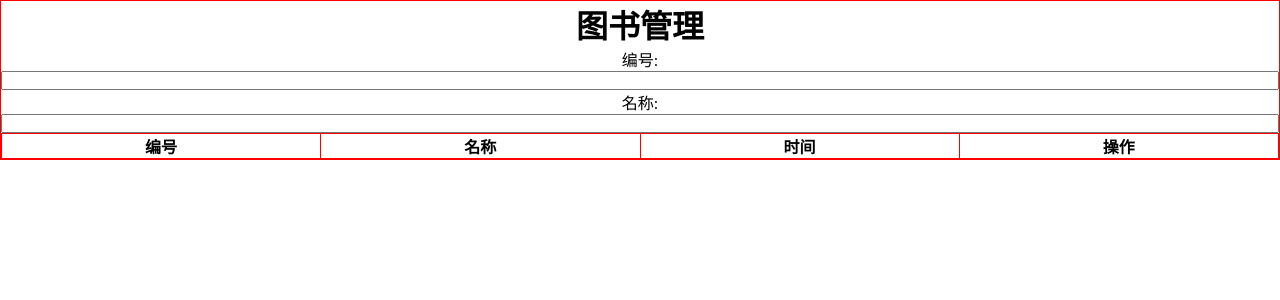
Repository: chenguocan/Vue_demo_1
Page: vue_demo_03/图书管理.html
An editor plug-in stored every save of this project. The page is shown before and after the next save, followed by the edit.
The browser window is 1280 px wide. The pictures show the whole page.

Above is the page before, as saved 2020-07-21 16:03:49.

After the next save:
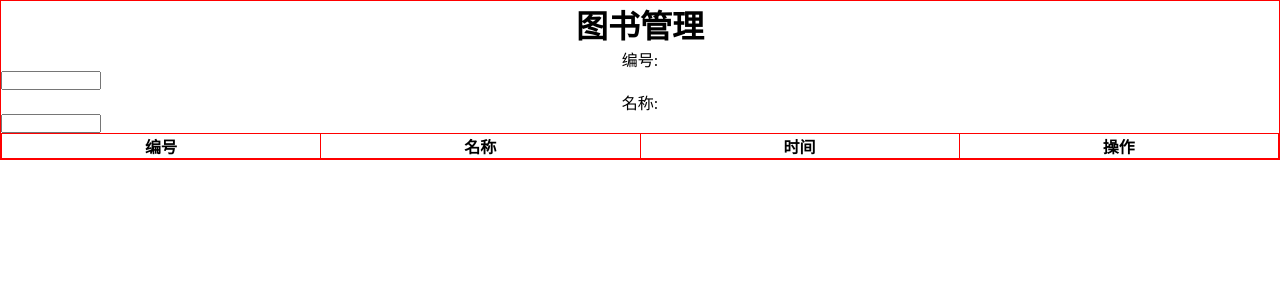
Saved 55 s later.
--- a/vue_demo_03/图书管理.html
+++ b/vue_demo_03/图书管理.html
@@ -23,6 +23,9 @@
         border: 1px solid red;
         border-collapse: collapse;
       }
+      input {
+        width: 100px;
+      }
     </style>
   </head>
   <body>
